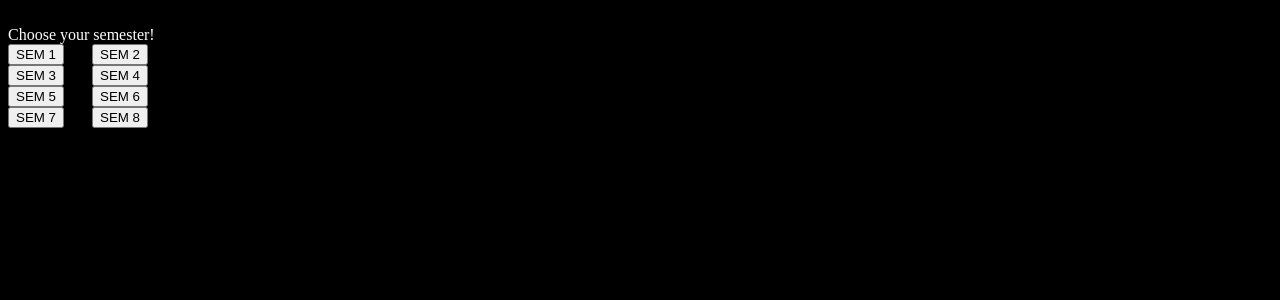
Repository: vigineshs/Mobile-Applications
Page: AnnaUniv GPA Calc/AnnaUniv GPA Calculator Updated/assets/www/reg08.html
An editor plug-in stored every save of this project. The page is shown before and after the next save, followed by the edit.
The browser window is 1280 px wide. The pictures show the whole page.

Above is the page before, as saved 2012-05-03 17:31:16.

### AnnaUniv GPA Calc/AnnaUniv GPA Calculator Updated/assets/www/reg08.html
<!DOCTYPE HTML>
<html>
<head>
<title>PhoneGap</title>
<script type="text/javascript" charset="utf-8" src="/AnnaUniv GPA Calculator/assets/www/cordova-1.7.0.js"></script>

</head>
<body style="background-color:black; color:white" >
<br /> Choose your semester! <br />
<a href="it08sem1.html"><input type="button" value="SEM 1" /></a>&nbsp;&nbsp;&nbsp;&nbsp;&nbsp;&nbsp;
<a href="it08sem2.html"><input type="button" value="SEM 2" /></a><br />
<a href="it08sem3.html"><input type="button" value="SEM 3" /></a>&nbsp;&nbsp;&nbsp;&nbsp;&nbsp;&nbsp;
<a href="it08sem4.html"><input type="button" value="SEM 4" /></a><br />
<a href="it08sem5.html"><input type="button" value="SEM 5" /></a>&nbsp;&nbsp;&nbsp;&nbsp;&nbsp;&nbsp;
<a href="it08sem6.html"><input type="button" value="SEM 6" /></a><br />
<a href="it08sem7.html"><input type="button" value="SEM 7" /></a>&nbsp;&nbsp;&nbsp;&nbsp;&nbsp;&nbsp;
<a href="it08sem8.html"><input type="button" value="SEM 8" /></a><br />
</body>
</html>

Loaded but not shown: AnnaUniv GPA Calc/AnnaUniv GPA Calculator Updated/assets/www/cordova-1.7.0.js (library)

After the next save:
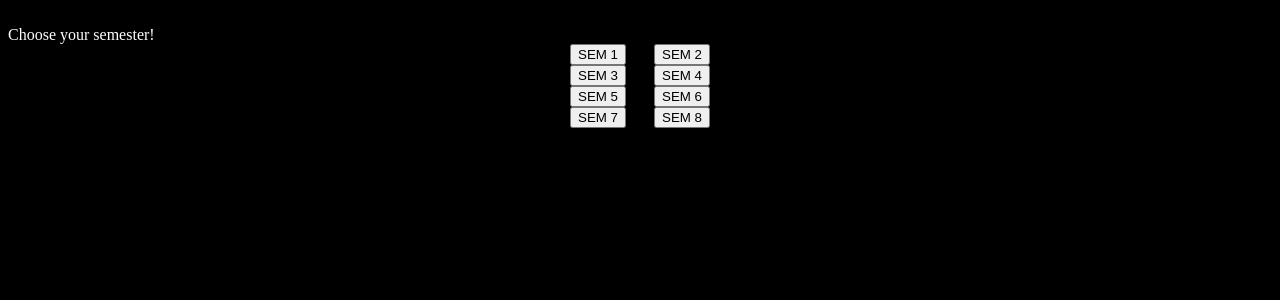
Saved 63 s later.
--- a/AnnaUniv GPA Calc/AnnaUniv GPA Calculator Updated/assets/www/reg08.html
+++ b/AnnaUniv GPA Calc/AnnaUniv GPA Calculator Updated/assets/www/reg08.html
@@ -6,7 +6,7 @@
 
 </head>
 <body style="background-color:black; color:white" >
-<br /> Choose your semester! <br />
+<br /> Choose your semester! <br /> <center>
 <a href="it08sem1.html"><input type="button" value="SEM 1" /></a>&nbsp;&nbsp;&nbsp;&nbsp;&nbsp;&nbsp;
 <a href="it08sem2.html"><input type="button" value="SEM 2" /></a><br />
 <a href="it08sem3.html"><input type="button" value="SEM 3" /></a>&nbsp;&nbsp;&nbsp;&nbsp;&nbsp;&nbsp;
@@ -15,5 +15,6 @@
 <a href="it08sem6.html"><input type="button" value="SEM 6" /></a><br />
 <a href="it08sem7.html"><input type="button" value="SEM 7" /></a>&nbsp;&nbsp;&nbsp;&nbsp;&nbsp;&nbsp;
 <a href="it08sem8.html"><input type="button" value="SEM 8" /></a><br />
+</center>
 </body>
 </html>
